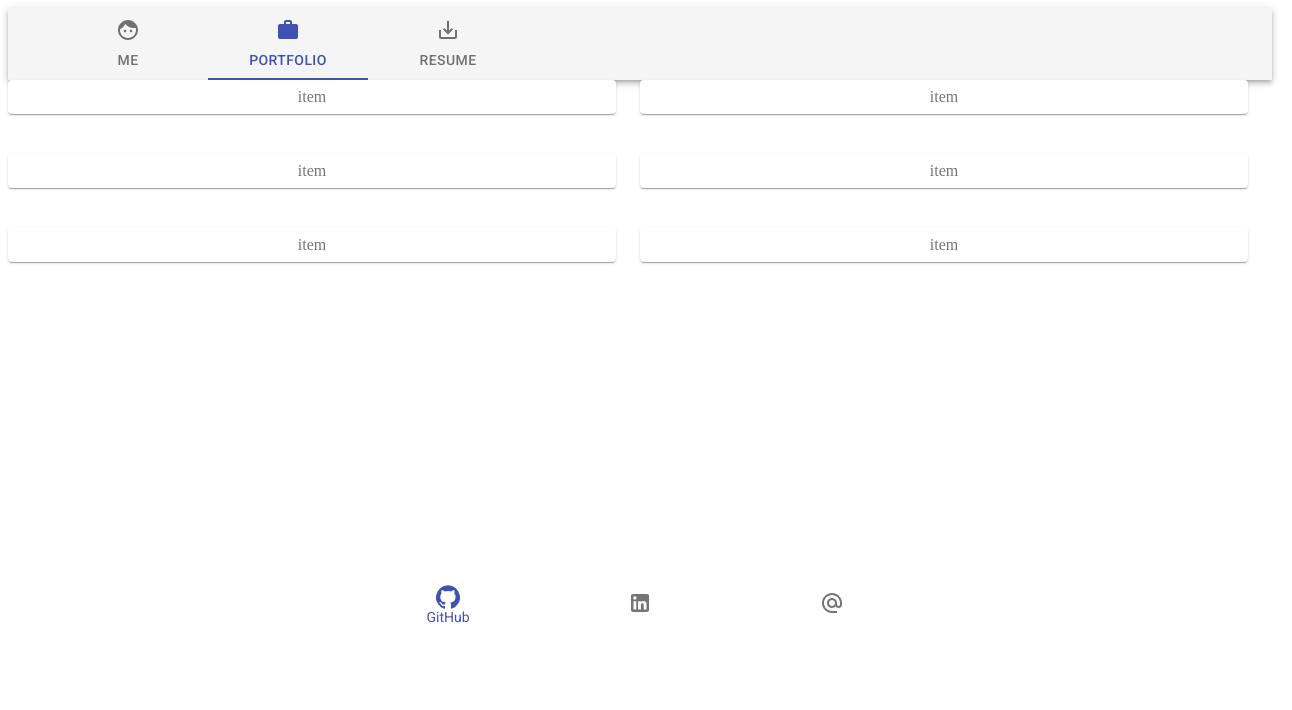
Repository: mandahos/hoshor
Page: /, after clicking the first element matching `#scrollable-force-tab-1`
An editor plug-in stored every save of this project. The page is shown before and after the next save, followed by the edit.
The browser window is 1280 px wide. The page is 1292 px wide, so the pictures cover 1292 px, including what lies to the right of the window. The pictures show the whole page.
The project was rebuilt for these pictures with package versions that can differ from the ones it lists, and the page was loaded fresh each time. Also part of the build but not shown: src/css/styles.css, src/components/Resume/index.js. Imported but missing from the stored project, and not drawn on this page: src/assets/resume/Amanda_Hoshor_Resume.PDF, src/assets/resume/Resume_Hoshor (1).pdf.

Above is the page before, as saved 2021-08-19 23:19:46.

After the next save:
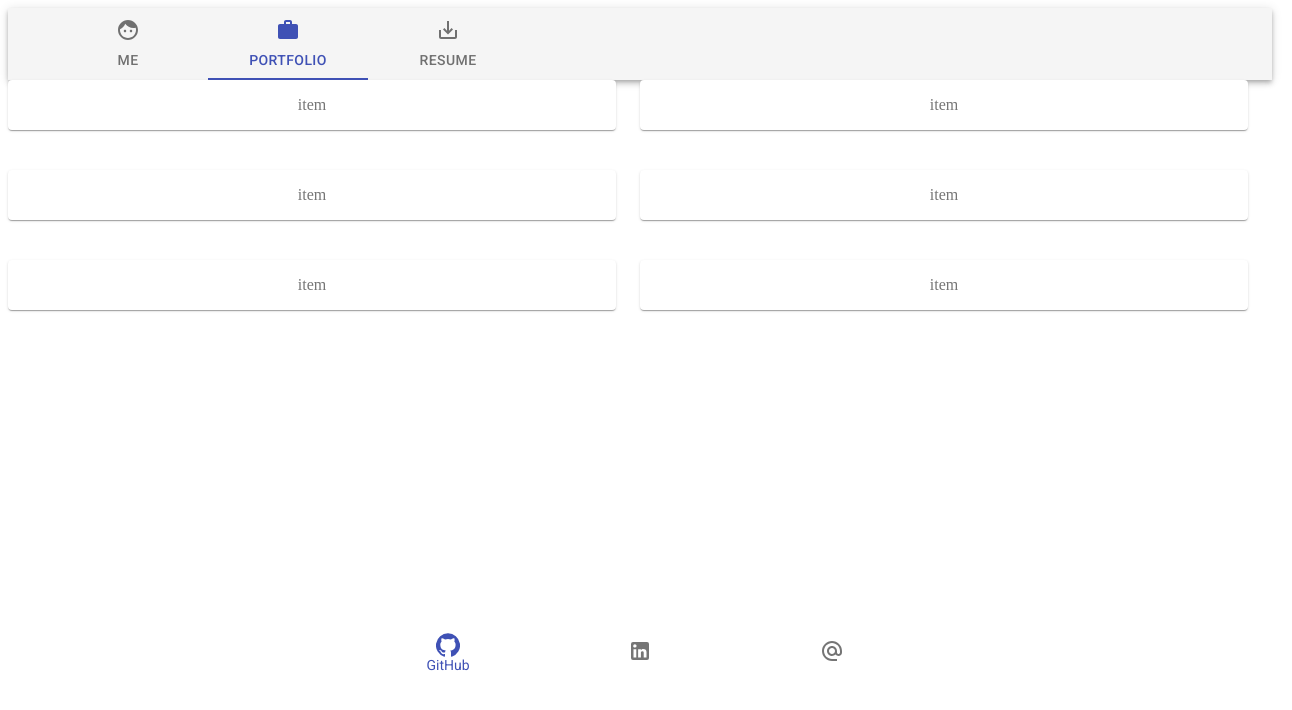
Saved 19 s later.
--- a/src/components/Portfolio/index.js
+++ b/src/components/Portfolio/index.js
@@ -9,7 +9,7 @@ const useStyles = makeStyles((theme) => ({
     flexGrow: 1,
   },
   paper: {
-    padding: theme.spacing(1),
+    padding: theme.spacing(2),
     textAlign: 'center',
     color: theme.palette.text.secondary,
   },
